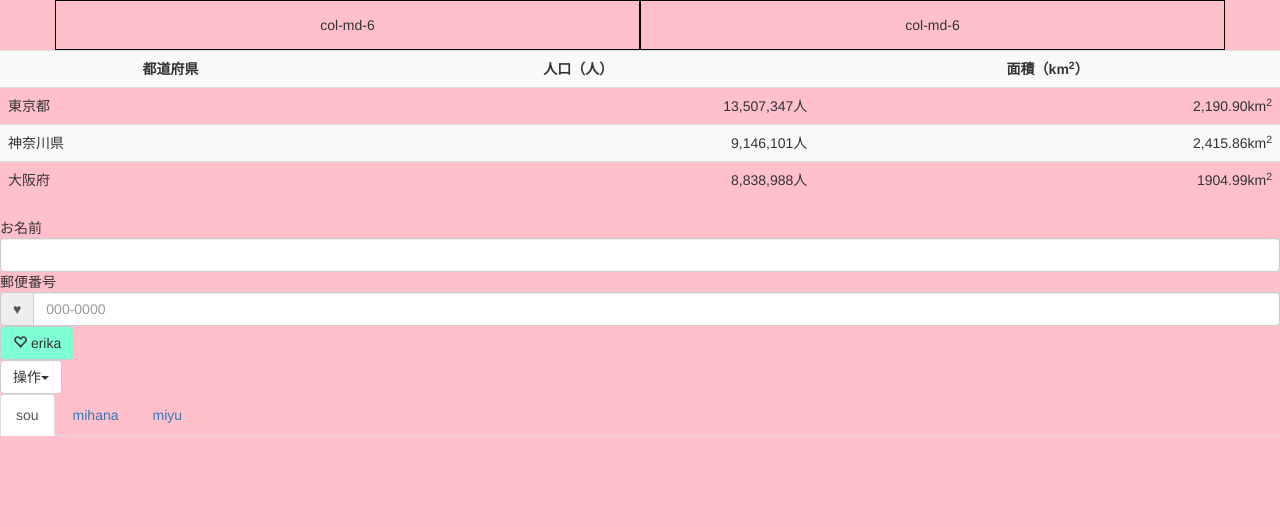
Repository: erika-sugimoto/microposts
Page: bootstrap_lesson.html
The author's editor kept a record of every edit. The page is drawn from the files as they stood at one moment, then again after the next edit.
The browser window is 1280 px wide. The pictures show the whole page.

Above is the page before.

### bootstrap_lesson.html
<!DOCTYPE html>
<html>
    <head>
        <meta charset="utf-8">
        <meta http-equiv="X-UA-Compatible" content="IE=edge">
        <meta name="viewport" content="width=device-width, initial-scale=1">

        <title>Grid System Test</title>

        <!-- Bootstrap CSS-->
        <link rel="stylesheet" href="https://maxcdn.bootstrapcdn.com/bootstrap/3.3.7/css/bootstrap.min.css">
        <!-- jQuery -->
        <script src="https://ajax.googleapis.com/ajax/libs/jquery/1.12.4/jquery.min.js"></script>
        <!-- Bootstrap JavaScript-->
        <script src="https://maxcdn.bootstrapcdn.com/bootstrap/3.3.7/js/bootstrap.min.js"></script>
    <link rel="stylesheet" href="bootstrap_lesson.css">
        <style>
            .row div {
                border: 1px solid #000;
                padding: 1em;
                text-align: center;

            }
        </style>

    </head>
    <body>
        <div class="container">
            <div class="row">
                <div class="col-md-6">col-md-6</div>
                <div class="col-md-6">col-md-6</div>
            </div>
        </div>
        <table class="table table-striped"　>
    <tr>
        <th class="text-center">都道府県</th>
        <th class="text-center">人口（人）</th>
        <th class="text-center">面積（km<sup>2</sup>）</th>
    </tr>
    <tr>
        <td>東京都</td>
        <td class="text-right">13,507,347人</td>
        <td class="text-right">2,190.90km<sup>2</sup></td>
    </tr>
    <tr>
        <td>神奈川県</td>
        <td class="text-right">9,146,101人</td>
        <td class="text-right">2,415.86km<sup>2</sup></td>
    </tr>
    <tr>
        <td>大阪府</td>
        <td class="text-right">8,838,988人</td>
        <td class="text-right">1904.99km<sup>2</sup></td>
    </tr>
</table>
<form>
    お名前
    <input type="text" class="form-control">
</form>
    <form>
  郵便番号
  <div class="input-group">
    <!-- left accessory -->
    <span class="input-group-addon">♥</span>

    <input type="text" class="form-control" placeholder="000-0000">
  </div>
</form>

<button id="erika" class="btn btn-default" type="submit">
    <span class="glyphicon glyphicon-heart-empty"></span>
    erika
    </button>
     <div class="dropdown">
  <button type="button" class="btn btn-default dropdown-toggle" data-toggle="dropdown">
    操作<span class="caret"></span>
  </button>
  <!-- choices -->
  <ul class="dropdown-menu">
    <li><a href="#">返信</a></li>
    <li><a href="#">転送</a></li>
    <li role="separator" class="divider"></li>
    <li><a href="#">削除</a></li>
  </ul>
</div>

<ul class="nav nav-tabs">
  <li class="active"><a href="#">sou</a></li>
  <li><a href="#">mihana</a></li>
  <li><a href="#">miyu</a></li>
</ul>
     </body>
</html>

### bootstrap_lesson.css
@charset "UTF-8";

body {
  background-color: #000;
}

@media (min-width: 500px) {
    /* style applied if window's width is 500px or more */
    body {
        background-color: pink;
    }
}

@media (min-width: 750px) {
    /* style applied if window's width is 750px or more */
    body {
        background-color: red;
    }
}

@media (min-width: 1000px) {
    /* style applied if window's width is 1000px or more */
    body {
        background-color: pink;
    }
}

#erika{
    background-color:#7fffd4;

}

#mihana{
    background-color:#ff69b4;

}

After the next edit:
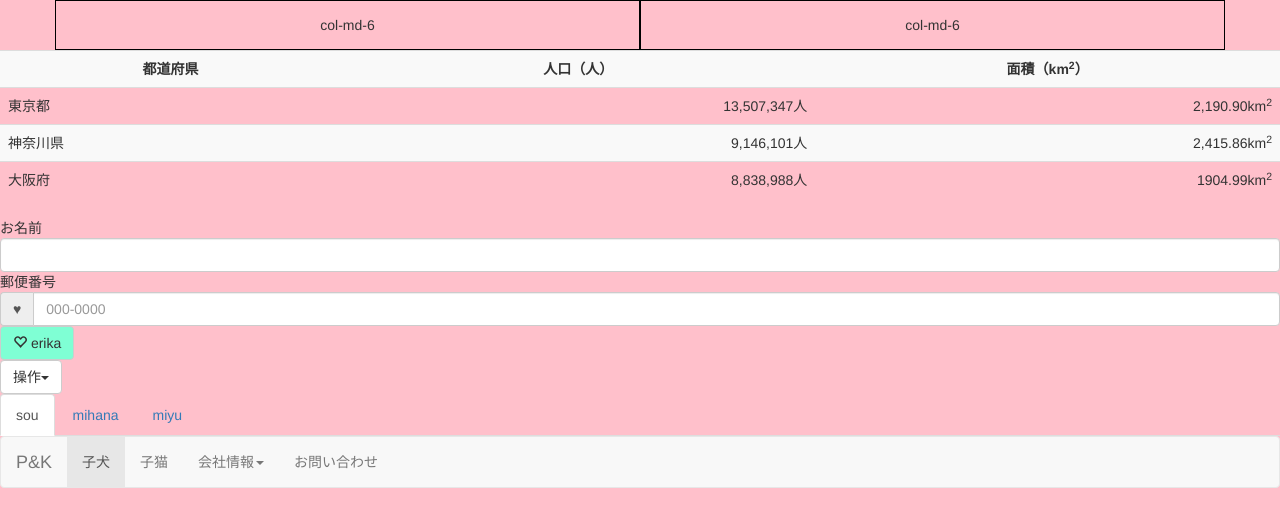
The edit:
--- a/bootstrap_lesson.html
+++ b/bootstrap_lesson.html
@@ -89,5 +89,39 @@
   <li><a href="#">mihana</a></li>
   <li><a href="#">miyu</a></li>
 </ul>
+
+<nav class="navbar navbar-default">
+  <div class="container-fluid">
+    <div class="navbar-header">
+      <!-- hamburger button which shows narrow width -->
+      <button type="button" class="navbar-toggle collapsed" data-toggle="collapse" data-target="#navbar">
+        <span class="icon-bar"></span>
+        <span class="icon-bar"></span>
+        <span class="icon-bar"></span>
+      </button>
+
+      <!-- link back to the home -->
+      <a class="navbar-brand" href="#">P&amp;K</a>
+    </div>
+
+    <!-- menu items -->
+    <div id="navbar" class="collapse navbar-collapse">
+      <ul class="nav navbar-nav">
+        <li class="active"><a href="#">子犬</a></li>
+        <li><a href="#">子猫</a></li>
+        <li class="dropdown">
+          <a href="#" class="dropdown-toggle" data-toggle="dropdown">会社情報<span class="caret"></span></a>
+          <ul class="dropdown-menu">
+            <li><a href="#">ビジョン</a></li>
+            <li><a href="#">会社概要</a></li>
+            <li><a href="#">地図</a></li>
+            <li><a href="#">沿革</a></li>
+          </ul>
+        </li>
+        <li><a href="#">お問い合わせ</a></li>
+      </ul>
+    </div><!-- /.navbar-collapse -->
+  </div><!-- /.container-fluid -->
+</nav>
      </body>
 </html>
